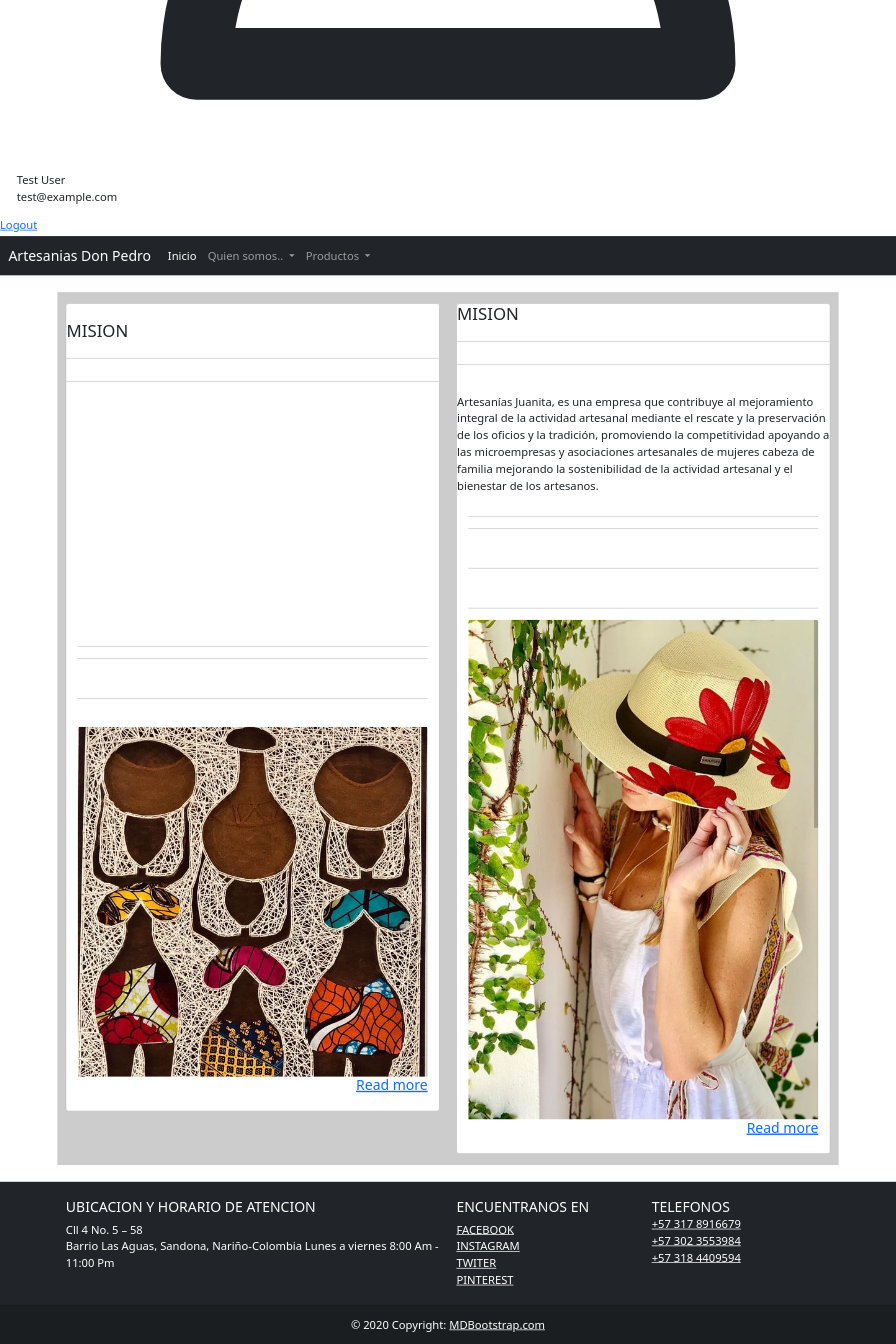
Repository: PG210/taller_artesania
Page: http://localhost/arte/mision
The author's editor kept a copy of each file at every save. The page is drawn from the files as they stood at one save, then again after the next save.
The browser window is 1280 px wide. The pictures show the part of the page from y = 2506 to 4426 px (the page is 4426 px tall), at 70% of full size.
Pictures or frames that could not be fetched are drawn as grey boxes. The page is served by the project's Laravel application, run on PHP 8.4 with Laravel 8. A made-up administrator, Test User (test@example.com), is signed in.

Above is the page before, as saved 2021-01-14 16:16:48.

After the next save:
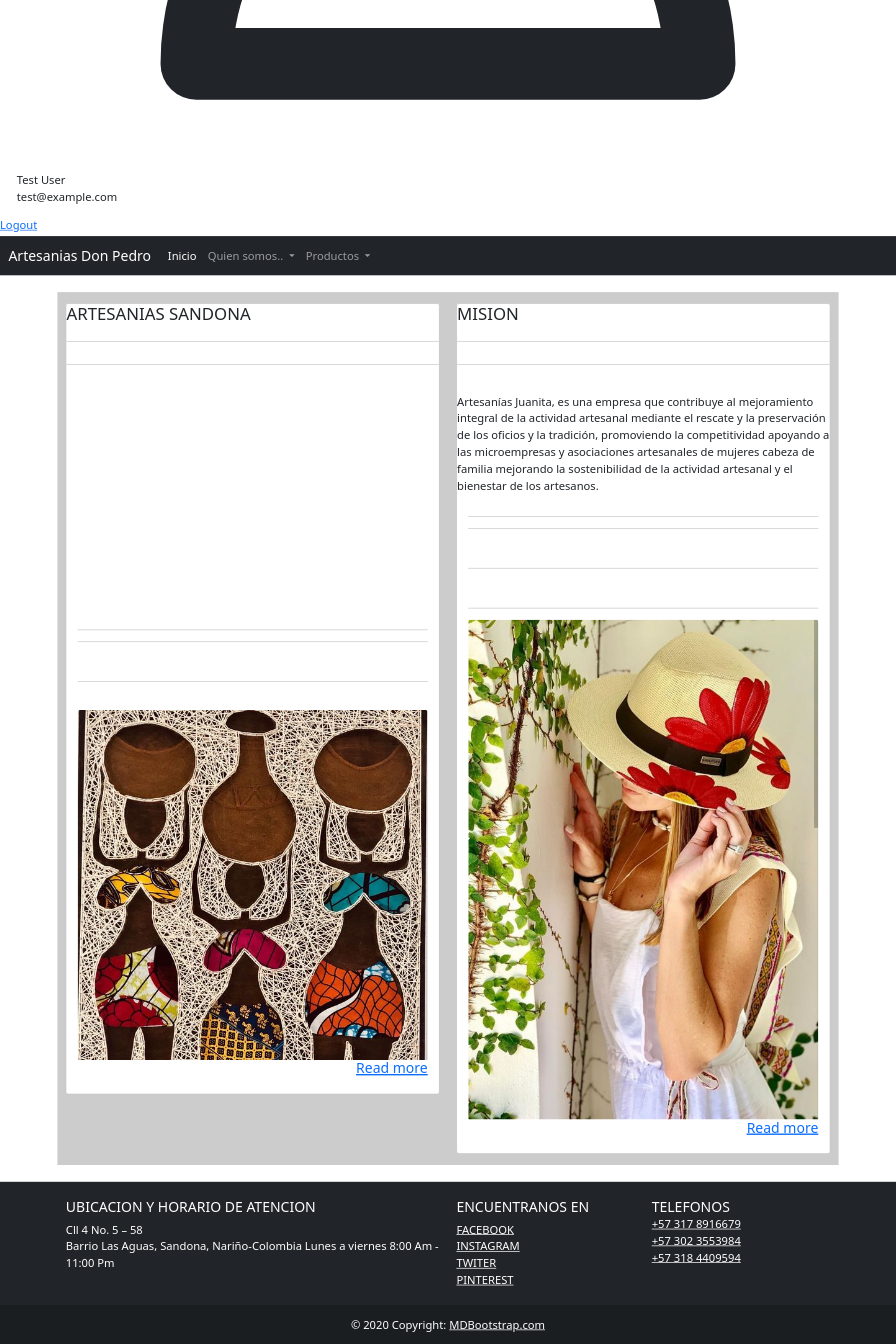
Saved 28 s later.
--- a/resources/views/arte/mision.blade.php
+++ b/resources/views/arte/mision.blade.php
@@ -15,8 +15,8 @@
                 <!-- Card Dark -->
 
                 <div class="card">
-                    <br>
-                    <h4 class="card-title">MISION</h4>
+
+                    <h4 class="card-title">ARTESANIAS SANDONA</h4>
                     <!-- Card image -->
                     <hr class="hr-light">
                     <hr class="hr-light">
